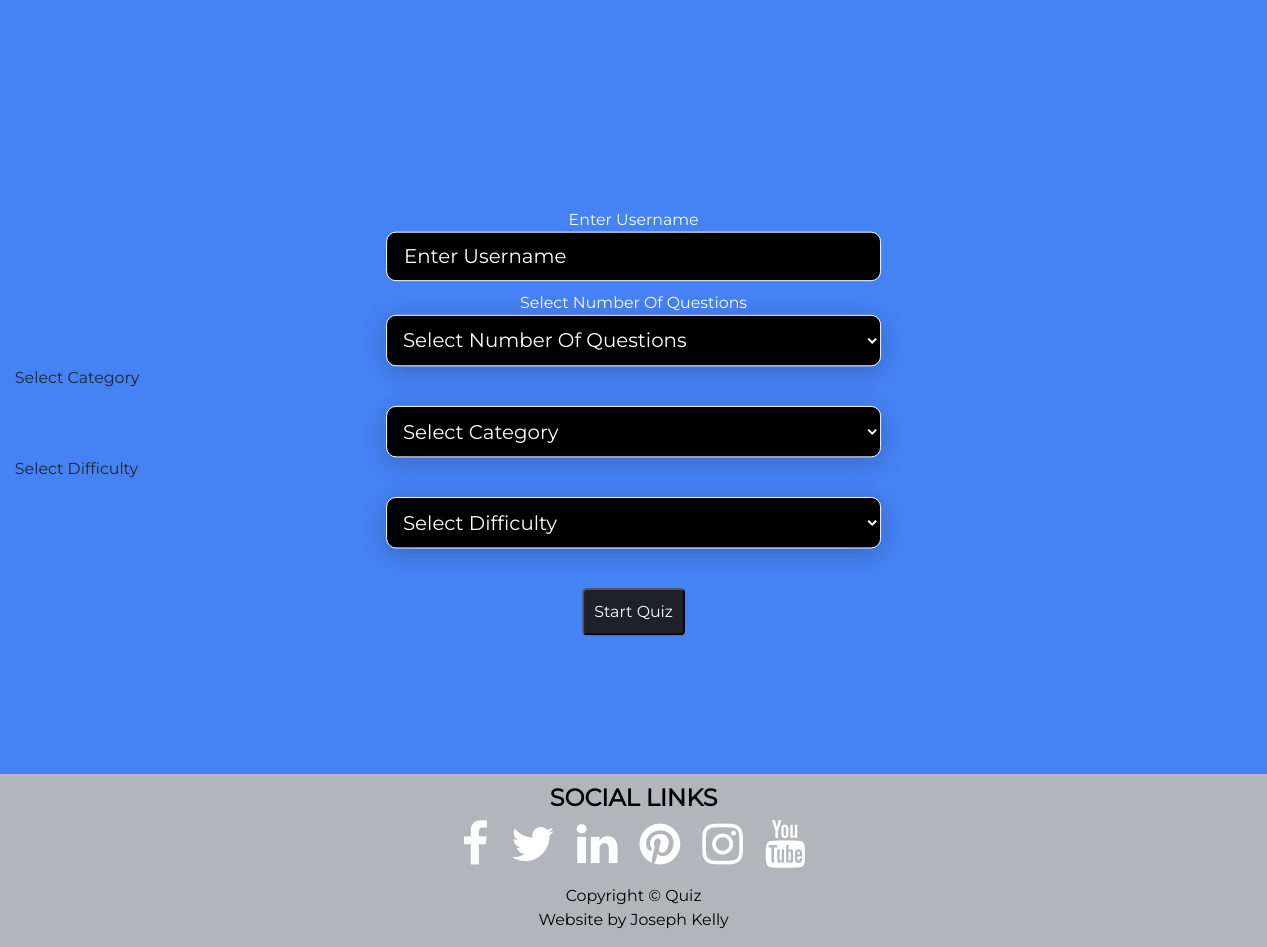
Repository: Code-Institute-Submissions/quiz-1
Page: load.html
The author's editor kept a record of every edit. The page is drawn from the files as they stood at one moment, then again after the next edit.
The browser window is 1280 px wide. The pictures show the whole page, at 99% of full size.

Above is the page before.

### load.html
<!DOCTYPE html>
<html lang="en">

<head>
    <meta charset="UTF-8">
    <meta name="viewport" content="width=device-width, initial-scale=1.0">
    <meta http-equiv="X-UA-Compatible" content="ie=edge">
    <link rel="stylesheet" href="https://stackpath.bootstrapcdn.com/bootstrap/4.4.1/css/bootstrap.min.css" type="text/css" />
    <link rel="stylesheet" href="https://stackpath.bootstrapcdn.com/font-awesome/4.7.0/css/font-awesome.min.css" type="text/css" />
    <link href="https://fonts.googleapis.com/css2?family=Montserrat&display=swap" rel="stylesheet">
    <link rel="stylesheet" href="assets/css/style.css" type="text/css" />
    <script src="https://cdnjs.cloudflare.com/ajax/libs/jquery/3.5.0/jquery.min.js" integrity="sha256-xNzN2a4ltkB44Mc/Jz3pT4iU1cmeR0FkXs4pru/JxaQ=" crossorigin="anonymous"></script>
    <script src="assets/js/modal-timer.js"></script>
    <script src="assets/js/api-value.js"></script>
    <title>Quiz</title>
</head>

<body>
    <div class="container-fluid home">
        <div>
            <form class="option-select">
                <div class="box">
                    <p class="prompt">Enter Username</p>
                    <input type="text" name="username" id="username" placeholder="Enter Username" class="username" oninput="getUsername()" required/>
                </div>
                <div class="box">
                    <p class="prompt">Select Number Of Questions</p>
                    <select class="select-amount" id="amount" onchange="apiValues()">
                        <option value="" disabled selected hidden>Select Number Of Questions</option>
                        <option data-amount="5">5</option>
                        <option data-amount="10">10</option>
                        <option data-amount="15">15</option>
                        <option data-amount="20">20</option>
                    </select>
                </div>
                <div class="box">
                    <p>Select Category</p>
                    <select class="select-category" id="category" onchange="apiValues();">
                        <option value="" disabled selected hidden>Select Category</option>
                        <option data-category="9">General Knowledge</option>
                        <option data-category="10">Books</option>
                        <option data-category="11">Films</option>
                        <option data-category="12">Music</option>
                        <option data-category="13">Musicals</option>
                        <option data-category="14">Television</option>
                        <option data-category="15">Video Games</option>
                        <option data-category="16">Board Games</option>
                        <option data-category="17">Science & Nature</option>
                        <option data-category="18">Computers</option>
                        <option data-category="19">Mathematics</option>
                        <option data-category="20">Mythology</option>
                        <option data-category="21">Sports</option>
                        <option data-category="22">Geography</option>
                        <option data-category="23">History</option>
                        <option data-category="24">Politics</option>
                        <option data-category="25">Art</option>
                        <option data-category="26">Celebrities</option>
                        <option data-category="27">Animals</option>
                        <option data-category="28">Vehicles</option>
                    </select>
                </div>
                <div class="box">
                    <p>Select Difficulty</p>
                    <select class="select-difficulty" id="difficulty" onchange="apiValues();">
                        <option value="" disabled selected hidden>Select Difficulty</option>
                        <option data-difficulty="easy">Easy</option>
                        <option data-difficulty="medium">Medium</option>
                        <option data-difficulty="hard">Hard</option>
                    </select>
                </div>
            </form>
        </div>
        <div class="container-fluid load">
            <button type="button" onclick="timeDelay();" class="start-button" data-toggle="modal" data-target="#exampleModalCenter">
                  Start Quiz
            </button>
            <div class="modal fade" id="exampleModalCenter" tabindex="-1" role="dialog"  aria-hidden="true">
                <div class="modal-dialog modal-dialog-centered" role="document">
                    <div class="modal-content">
                        <div class="modal-header">
                            <h5>Quiz Starts in</h5>
                        </div>
                        <div class="modal-body">
                            <div class="countdown">
                                <div class="square">
                                    <div class="digits" id="cd-sec">00</div>
                                </div>
                            </div>
                        </div>
                    </div>
                </div>
            </div>
        </div>
    </div>
    <footer class="container-fluid">
        <div id="footer-details" class="row">
            <div class="col-sm">
                <h4 class="uppercase footer-info">Social Links</h4>
                <ul class="list-inline social-links">
                    <li class="list-inline-item">
                        <a target="_blank" href="#">
                            <i class="fa fa-facebook fa-3x" aria-hidden="true"></i>
                            <span class="sr-only">Facebook</span>
                        </a>
                    </li>
                    <li class="list-inline-item">
                        <a target="_blank" href="#">
                            <i class="fa fa-twitter fa-3x" aria-hidden="true"></i>
                            <span class="sr-only">Twitter</span>
                        </a>
                    </li>
                    <li class="list-inline-item">
                        <a target="_blank" href="#">
                            <i class="fa fa-linkedin fa-3x" aria-hidden="true"></i>
                            <span class="sr-only">LinkedIn</span>
                        </a>
                    </li>
                    <li class="list-inline-item">
                        <a target="_blank" href="#">
                            <i class="fa fa-pinterest fa-3x" aria-hidden="true"></i>
                            <span class="sr-only">pinterest</span>
                        </a>
                    </li>
                    <li class="list-inline-item">
                        <a target="_blank" href="#">
                            <i class="fa fa-instagram fa-3x" aria-hidden="true"></i>
                            <span class="sr-only">Instagram</span>
                        </a>
                    </li>
                    <li class="list-inline-item">
                        <a target="_blank" href="#">
                            <i class="fa fa-youtube fa-3x" aria-hidden="true"></i>
                            <span class="sr-only">Youtube</span>
                        </a>
                    </li>
                </ul>
                <div class="copyright">
                    <p>Copyright &#169; Quiz<br>Website by Joseph Kelly</p>
                </div>
            </div>
        </div>
    </footer>
    <script src="https://code.jquery.com/jquery-3.3.1.slim.min.js" integrity="sha384-q8i/X+965DzO0rT7abK41JStQIAqVgRVzpbzo5smXKp4YfRvH+8abtTE1Pi6jizo" crossorigin="anonymous"></script>
    <script src="https://cdnjs.cloudflare.com/ajax/libs/popper.js/1.14.7/umd/popper.min.js" integrity="sha384-UO2eT0CpHqdSJQ6hJty5KVphtPhzWj9WO1clHTMGa3JDZwrnQq4sF86dIHNDz0W1" crossorigin="anonymous"></script>
    <script src="https://stackpath.bootstrapcdn.com/bootstrap/4.3.1/js/bootstrap.min.js" integrity="sha384-JjSmVgyd0p3pXB1rRibZUAYoIIy6OrQ6VrjIEaFf/nJGzIxFDsf4x0xIM+B07jRM" crossorigin="anonymous"></script>
</body>
</html>

### assets/css/style.css
body {
  font-family: 'Montserrat', sans-serif;
}

a {
  color: white;
  text-decoration: none !important;
}

/* Unvisited link  */

a:visited {
  color: white;
}

/* Visited link    */

a:hover {
  color: white;
}

/* Mouse over link */

a:active {
  color: white;
}

/*--------------------------- home --------------- */

.home {
  background-color: #4582F4;
  height: 782px;
}

.background-load {
  background-color: #4582F4;
  height: 762px;
}

.background-quiz {
  background-color: #4582F4;
  height: 800px;
}

.background-leaderboard {
  background-color: #4582F4;
  height: 762px;
}

.info {
  font-family: 'Montserrat', sans-serif;
  text-align: center;
  padding-top: 40px;
  width: 70%;
  margin: auto;
  color: white;
}

.load {
  display: flex;
  justify-content: center;
  align-items: center;
  padding-top: 40px;
  padding-bottom: 40px;
}

.load-button {
  background-color: #1D2129;
  text-decoration: none;
  color: #fafafa;
  padding: 10px;
  border-radius: 5px;
}

/*--------------------------- animation --------------- */

.quiz-time {
  text-align: center;
  padding-top: 150px;
  width: 100vw;
  font-family: 'Montserrat', sans-serif;
  display: flex;
  justify-content: center;
  align-items: center;
  margin: -20px;
}

.animation span {
  position: relative;
  top: 20px;
  display: inline-block;
  -webkit-animation: bounce 0.3s ease infinite alternate;
  font-size: 100px;
  color: #fff;
  text-shadow: 0 1px 0 #ccc, 0 2px 0 #ccc, 0 3px 0 #ccc, 0 4px 0 #ccc,
  0 5px 0 #ccc, 0 6px 0 transparent, 0 7px 0 transparent, 0 8px 0 transparent,
  0 9px 0 transparent, 0 10px 10px rgba(0, 0, 0, 0.4);
}

.animation span:nth-child(2) {
  -webkit-animation-delay: 0.1s;
}

.animation span:nth-child(3) {
  -webkit-animation-delay: 0.2s;
}

.animation span:nth-child(4) {
  -webkit-animation-delay: 0.3s;
}

.animation span:nth-child(5) {
  -webkit-animation-delay: 0.4s;
}

.animation span:nth-child(6) {
  -webkit-animation-delay: 0.5s;
}

.animation span:nth-child(7) {
  -webkit-animation-delay: 0.6s;
}

.animation span:nth-child(8) {
  -webkit-animation-delay: 0.2s;
}

.animation span:nth-child(9) {
  -webkit-animation-delay: 0.3s;
}

.animation span:nth-child(10) {
  -webkit-animation-delay: 0.4s;
}

.animation span:nth-child(11) {
  -webkit-animation-delay: 0.5s;
}

.animation span:nth-child(12) {
  -webkit-animation-delay: 0.6s;
}

.animation span:nth-child(13) {
  -webkit-animation-delay: 0.7s;
}

.animation span:nth-child(14) {
  -webkit-animation-delay: 0.8s;
}

/* ANIMATION */

@-webkit-keyframes bounce {
  100% {
    top: -20px;
    text-shadow: 0 1px 0 #ccc, 0 2px 0 #ccc, 0 3px 0 #ccc, 0 4px 0 #ccc,
    0 5px 0 #ccc, 0 6px 0 #ccc, 0 7px 0 #ccc, 0 8px 0 #ccc, 0 9px 0 #ccc,
    0 50px 25px rgba(0, 0, 0, 0.2);
  }
}

/*--------------------------- footer --------------- */

footer {
  color: #fafafa;
  padding-top: 10px;
  background-color: #B2B5B9;
  display: inline-block;
  position: relative;

}

.footer-info {
  font-weight: bold;
  text-align: center;
  color: #000000;
}

.list-inline-item {
  margin-left: 10px;
  margin-right: 10px;
}

.uppercase {
  text-transform: uppercase;
}

.social-links {
  text-align: center;
  color: #000000;
}

.copyright {
  text-align: center;
  color: #000000;
}

#icon {
  color: blue;
}

/*--------------------------- Quiz Loading --------------- */

.prompt {
  text-align: center;
  color: #fafafa;
  margin-bottom: 0;
  padding-top: 10px;
}

.start-button {
  background-color: #1D2129;
  text-decoration: none;
  color: #fafafa;
  padding: 10px;
  border-radius: 5px;
}

.option-select {
  display: block;
  margin-right: auto;
  margin-left: auto;
  padding-top: 200px;
}

::placeholder {
  color: white;
  padding-left: 15px;
  font-size: 20px;
}

.username {
  width: 40%;
  display: block;
  margin-left: auto;
  margin-right: auto;
  height: 50px;
  color: white;
  font-size: 20px;
  background-color: #000000;
  border: solid 1px;
  border-radius: 10px;
  border-color: white;
}

.box select {
  background-color: #000000;
  margin-left: auto;
  margin-right: auto;
  color: white;
  padding: 12px;
  width: 40%;
  border: solid 1px;
  border-radius: 10px;
  font-size: 20px;
  box-shadow: 0 5px 25px rgba(0, 0, 0, 0.2);
  -webkit-appearance: button;
  appearance: button;
  outline: none;
  display: block;
}



.box:hover::before {
  color: rgba(255, 255, 255, 0.6);
  background-color: rgba(255, 255, 255, 0.2);
}



/*--------------------------- timer --------------- */

.modal-header {
  margin-left: auto;
  margin-right: auto;
}

.countdown {
  margin: 0 auto;
  max-width: 350px;
  background: #ff0000;
  font-family: Impact, Charcoal, sans-serif;
  text-align: center;
}

.countdown .header {
  color: #c61d1d;
  text-align: center;
  font-weight: normal;
  margin: 5px 0 10px 0;
}

.countdown .square {
  display: inline-block;
  padding: 10px;
  margin: 5px;
}

.countdown .digits {
  font-size: 24px;
  background: #fff;
  color: #000;
  padding: 20px 10px;
  border-radius: 5px;
}

.countdown .text {
  margin-top: 10px;
  color: #ddd;
}

/*--------------------------- quiz page --------------- */

.finish {
  width: 30%;
  margin-left: auto;
  margin-right: auto;
  display: block;
  text-align: center;
}

.image-display {
  padding-left: 75px;
  margin-bottom: 20px;
  height: auto;
  width: 350px;
  margin-left: auto;
  margin-right: auto;
}


.btn {
  color: #000000;
}

.mute-button {
  margin-top: 20px;
  float: right;
}

.countdown-quiz {
  margin: 0 auto;
  max-width: 350px;
  background: #ff0000;
  font-family: Impact, Charcoal, sans-serif;
  text-align: center;
  clear: both;
}

.countdown-quiz .header {
  color: #c61d1d;
  text-align: center;
  font-weight: normal;
  margin: 5px 0 10px 0;
}

.countdown-quiz .square {
  display: inline-block;
  padding: 10px;
  margin: 5px;
}

.countdown-quiz .digits {
  font-size: 24px;
  background: #fff;
  color: #000;
  padding: 20px 10px;
  border-radius: 5px;
}

.countdown-quiz .text {
  margin-top: 10px;
  color: #ddd;
}

.carousel-item {
  height: auto;
}

#question-1,
#question-2,
#question-3,
#question-4,
#question-5,
#question-6,
#question-7,
#question-8,
#question-9,
#question-10,
#question-11,
#question-12,
#question-13,
#question-14,
#question-15,
#question-16,
#question-17,
#question-18,
#question-19,
#question-20 {
  padding-top: 20px;
  text-align: center;
  color: white;
}

#answers-1,
#answers-2,
#answers-3,
#answers-4,
#answers-5,
#answers-6,
#answers-7,
#answers-8,
#answers-9,
#answers-10,
#answers-11,
#answers-12,
#answers-13,
#answers-14,
#answers-15,
#answers-16,
#answers-17,
#answers-18,
#answers-19,
#answers-20 {
  padding-top: 20px;
  text-align: left;
  margin: auto;
  width: 350px;
  color: white;
}



/*--------------------------- Leaderboard page --------------- */

.leaderboard-title {
  text-align: center;
  padding-top: 30px;
  width: 100%;
  margin-left: auto;
  margin-right: auto;
  font-weight: bold;
  padding-top: 150px;
  color: white;
}

.modal-title {
  text-align: center;
}

table {
  margin-top: 40px;
  margin-left: auto;
  margin-right: auto;
  width: 70%;
}

table,
th,
td {
  border: solid 1px black;
  background-color: white;
  text-align: center;
  width: 30%;
}

.modal-heading {
  text-align: center;
  margin-top: 8px;
  border-bottom: solid 1px;
}

.modal-form {
  text-align: center;
  margin-top: 8px;
  margin-bottom: 8px;

}

#scorePercentRound {
  text-align: center;
  margin-top: 8px;
}

#saveScoreBtn {
  background-color: #000000;
  color: white;
}

#footer-btns {
  text-align: center;
  margin-top: 10px;
  margin-bottom: 20px;
}

### assets/js/modal-timer.js
var counter = {};
window.addEventListener("click", function () {
  // COUNTDOWN IN SECONDS
  // EXAMPLE - 5 MINS = 5 X 60 = 300 SECS
  counter.end = 6;

  // Get the containers
  counter.sec = document.getElementById("cd-sec");

  // Start if not past end date
  if (counter.end > 0) {
    counter.ticker = setInterval(function(){
      // Stop if passed end time
      counter.end--;
      if (counter.end <= 0) {
        clearInterval(counter.ticker);
        counter.end = 0;
      }

      // Calculate remaining time
      var secs = counter.end;
      var mins  = Math.floor(secs / 60); // 1 min = 60 secs
      secs -= mins * 60;

      // Update HTML
      counter.sec.innerHTML = secs;
    }, 1000);
  }
});

### assets/js/api-value.js
var amount;
var category;
var difficulty;
var type;

function apiValues() {

    amount = $("#amount option:selected").data("amount");
    category = $("#category option:selected").data("category");
    difficulty = $("#difficulty option:selected").data("difficulty");

    sessionStorage.setItem('amount', amount);
    sessionStorage.setItem('category', category);
    sessionStorage.setItem('difficulty', difficulty);

}

function timeDelay() {
    setTimeout(function() {

        window.location.href = "quiz.html";

    }, 6000);
}

function getUsername() {
    var username = document.getElementById("username").value;
    console.log(username);
    localStorage.setItem("username", username);
}

After the next edit:
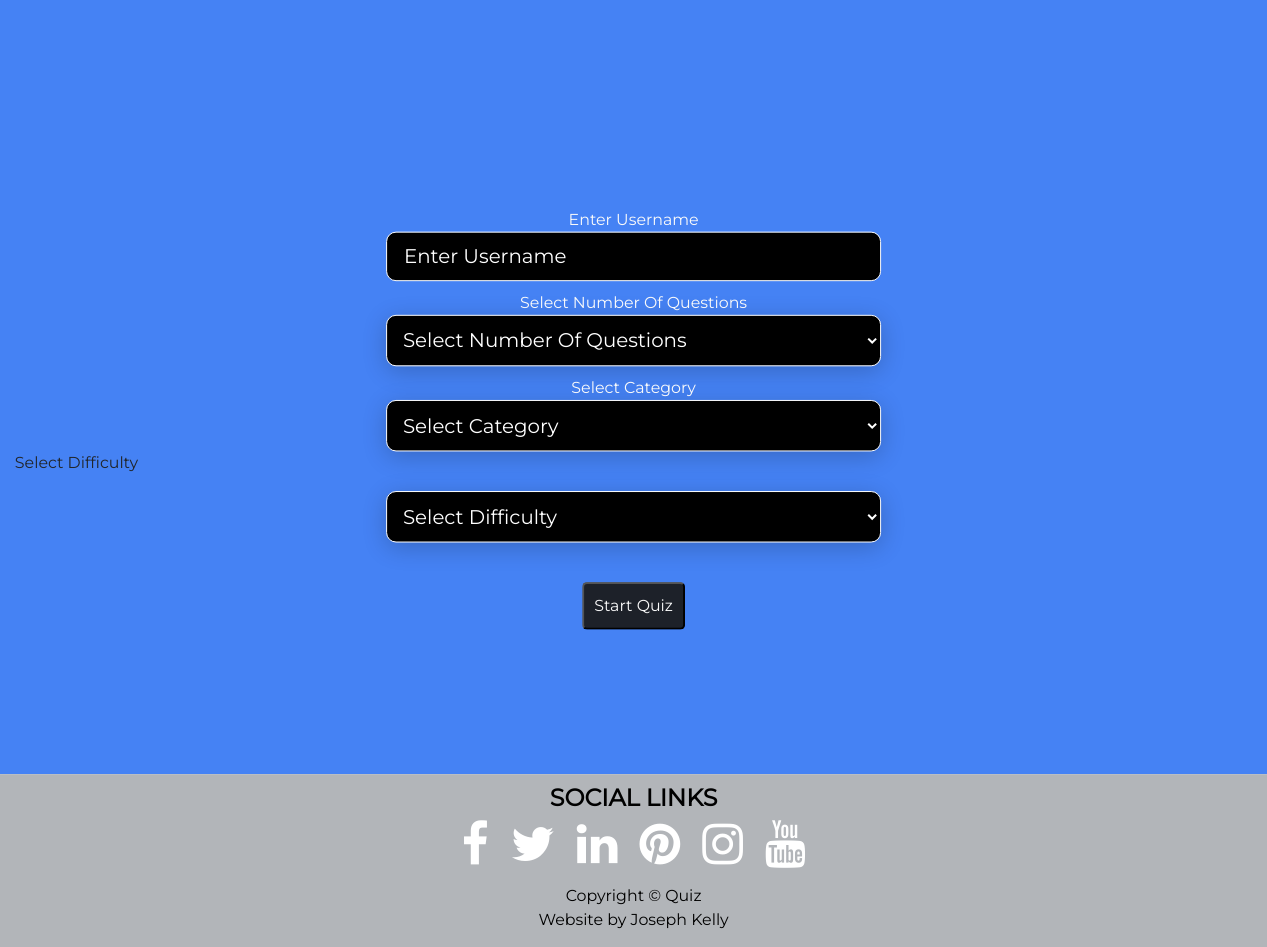
The edit:
--- a/load.html
+++ b/load.html
@@ -34,7 +34,7 @@
                     </select>
                 </div>
                 <div class="box">
-                    <p>Select Category</p>
+                    <p class="prompt">Select Category</p>
                     <select class="select-category" id="category" onchange="apiValues();">
                         <option value="" disabled selected hidden>Select Category</option>
                         <option data-category="9">General Knowledge</option>
